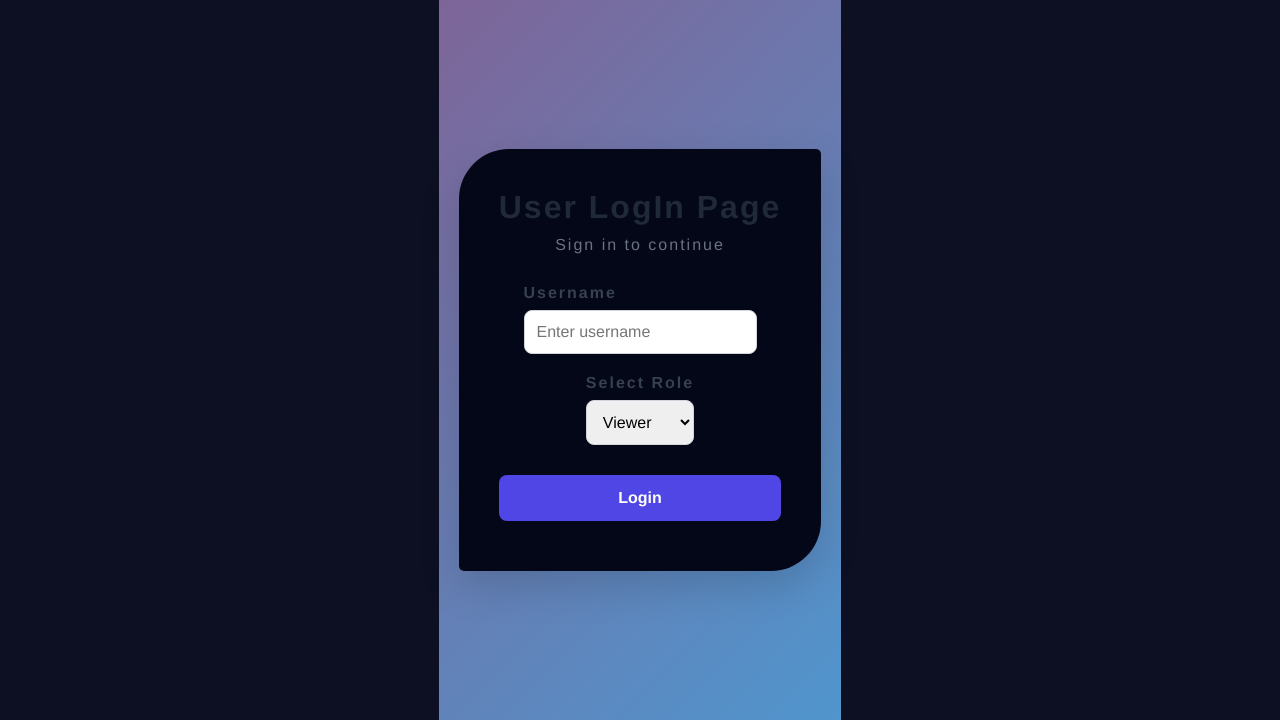
Repository: SolomonChinonso/myUserDashboard
Page: / (app in my-user-dashboard-app/)
These files come from the project's save history. The page is drawn as it stood at one moment and after the next save; the edit follows.
The browser window is 1280 px wide. The pictures show the whole page.
The project was rebuilt for these pictures with package versions that can differ from the ones it lists, and the page was loaded fresh each time. Also part of the build but not shown: my-user-dashboard-app/vite.config.ts, my-user-dashboard-app/src/App.css, my-user-dashboard-app/src/pages/Dashboard.tsx, my-user-dashboard-app/src/pages/Profile.tsx, my-user-dashboard-app/src/pages/Settings.tsx, my-user-dashboard-app/src/components/Navbar.tsx, my-user-dashboard-app/src/components/ProtectedRoute.tsx.

Above is the page before, as saved 2026-05-30 14:50:31.

### my-user-dashboard-app/index.html
<!doctype html>
<html lang="en">
  <head>
    <meta charset="UTF-8" />
    <link rel="icon" type="image/svg+xml" href="/favicon.svg" />
    <meta name="viewport" content="width=device-width, initial-scale=1.0" />
    <title>my-user-dashboard-app</title>
  </head>
  <body>
    <div id="root"></div>
    <script type="module" src="/src/main.tsx"></script>
  </body>
</html>

### my-user-dashboard-app/src/main.tsx
import React from "react";
import ReactDOM from "react-dom/client";
import App from "./App";
import { BrowserRouter } from "react-router-dom";
import { AuthProvider } from "./context/AuthProvider"
import "./index.css"


ReactDOM.createRoot(document.getElementById("root")!).render(
  <React.StrictMode>
    <BrowserRouter>
      <AuthProvider>
        <App />
      </AuthProvider>
    </BrowserRouter>
  </React.StrictMode>
);

### my-user-dashboard-app/src/App.tsx
import {
  Routes,
  Route,
  Navigate,
} from "react-router-dom";
import "./App.css"

import Login from "./pages/Login";
import Dashboard from "./pages/Dashboard";
import Profile from "./pages/Profile";
import Settings from "./pages/Settings";

import Navbar from "./components/Navbar";
import ProtectedRoute from "./components/ProtectedRoute";

import { useAuth } from "./hooks/useAuth";

function App() {
  const { user } = useAuth();

  return (
    <div className="app-section">
      {user && <Navbar />}

      <Routes>
        {/* Redirect homepage to login */}
        <Route
          path="/"
          element={<Navigate to="/login" replace />}
        />

        <Route
          path="/login"
          element={<Login />}
        />

        <Route
          path="/dashboard"
          element={
            <ProtectedRoute>
              <Dashboard />
            </ProtectedRoute>
          }
        />

        <Route
          path="/profile"
          element={
            <ProtectedRoute>
              <Profile />
            </ProtectedRoute>
          }
        />

        <Route
          path="/settings"
          element={
            <ProtectedRoute adminOnly>
              <Settings />
            </ProtectedRoute>
          }
        />

        {/* Catch-all route */}
        <Route
          path="*"
          element={<Navigate to="/login" replace />}
        />
      </Routes>
    </div>
  );
}

export default App;

### my-user-dashboard-app/src/context/AuthProvider.tsx
import {
  useState,
  type ReactNode,
} from "react";

import type { User } from "../types/user";

import { AuthContext } from "./AuthContext";

interface AuthProviderProps {
  children: ReactNode;
}

export const AuthProvider = ({
  children,
}: AuthProviderProps) => {
  const [user, setUser] =
    useState<User | null>(null);

  const login = (userData: User) => {
    setUser(userData);
  };

  const logout = () => {
    setUser(null);
  };

  return (
    <AuthContext.Provider
      value={{
        user,
        login,
        logout,
      }}
    >
      {children}
    </AuthContext.Provider>
  );
};

### my-user-dashboard-app/src/index.css
*{
    margin: 0;
    padding: 0;
    font-family: 'Franklin Gothic Medium', 'Arial Narrow', Arial, sans-serif;
    box-sizing: border-box;
}
body{
    display: flex;
    justify-content: center;
    align-items: center;
    letter-spacing: 2px;
    background-color: #0c1022;
}

### my-user-dashboard-app/src/pages/Login.tsx
// import { useState } from "react";
// import { useNavigate } from "react-router-dom";
// import { useAuth } from "../hooks/useAuth";
// import "./Login.css"

// const Login = () => {
//   const [username, setUsername] = useState("");
//   const [role, setRole] = useState("Viewer");

//   const { login } = useAuth();
//   const navigate = useNavigate();

//   const handleLogin = () => {
//     login({
//       username,
//       role: role as "Admin" | "Editor" | "Viewer",
//     });

//     navigate("/dashboard");
//   };

//   return (
//     <div className="login-page">
//       <h1>Login</h1>

//       <input
//         type="text"
//         placeholder="Username"
//         value={username}
//         onChange={(e) => setUsername(e.target.value)}
//       />

//       <select
//         value={role}
//         onChange={(e) => setRole(e.target.value)}
//       >
//         <option>Admin</option>
//         <option>Editor</option>
//         <option>Viewer</option>
//       </select>

//       <button onClick={handleLogin}>
//         Login
//       </button>
//     </div>
//   );
// };

// export default Login;
import { useState } from "react";
import { useNavigate } from "react-router-dom";
import { useAuth } from "../hooks/useAuth";
import "./Login.css";

const Login = () => {
  const [username, setUsername] = useState("");
  const [role, setRole] = useState("Viewer");

  const { login } = useAuth();
  const navigate = useNavigate();

  const handleLogin = () => {
    login({
      username,
      role: role as "Admin" | "Editor" | "Viewer",
    });

    navigate("/dashboard");
  };

  return (
    <div className="login-page">
      <div className="login-card">
        <h1>User LogIn Page</h1>
        <p className="subtitle">
          Sign in to continue
        </p>

        <div className="form-group">
          <label>Username</label>
          <input
            type="text"
            placeholder="Enter username"
            value={username}
            onChange={(e) =>
              setUsername(e.target.value)
            }
          />
        </div>

        <div className="form-group">
          <label>Select Role</label>
          <select
            value={role}
            onChange={(e) =>
              setRole(e.target.value)
            }
          >
            <option>Admin</option>
            <option>Editor</option>
            <option>Viewer</option>
          </select>
        </div>

        <button
          className="login-btn"
          onClick={handleLogin}
        >
          Login
        </button>
      </div>
    </div>
  );
};

export default Login;

### my-user-dashboard-app/src/hooks/useAuth.ts
import { useContext } from "react";

import { AuthContext } from "../context/AuthContext";

export const useAuth = () => {
  const context = useContext(AuthContext);

  if (!context) {
    throw new Error(
      "useAuth must be used inside AuthProvider"
    );
  }

  return context;
};

### my-user-dashboard-app/src/context/AuthContext.ts
import { createContext } from "react";

import type { User } from "../types/user";

export interface AuthContextType {
  user: User | null;
  login: (user: User) => void;
  logout: () => void;
}
export const AuthContext =
  createContext<AuthContextType | null>(null);

### my-user-dashboard-app/src/pages/Login.css
/* Full page layout */
.login-page {
  min-height: 100vh;
  display: flex;
  justify-content: center;
  align-items: center;

  background: linear-gradient(
    135deg,
    #7e6598,
    #5095cd
  );

  padding: 20px;
}

/* Login card */
.login-card {
  width: 100%;
  max-width: 400px;
  height: 70%;
  background: #040717;
  padding: 40px;
  border-radius: 50px 5px;
  display: flex;
  flex-direction: column;
  justify-content: center;
  align-items: center;
  box-shadow: 0 15px 40px
    rgba(0, 0, 0, 0.15);

  text-align: center;
}

/* Heading */
.login-card h1 {
  margin-bottom: 10px;
  color: #1f2937;
}

.subtitle {
  color: #6b7280;
  margin-bottom: 30px;
}

/* Form group */
.form-group {
  display: flex;
  flex-direction: column;
  text-align: left;
  margin-bottom: 20px;
}

.form-group label {
  margin-bottom: 8px;
  font-weight: 600;
  color: #374151;
}

/* Inputs */
.form-group input,
.form-group select {
  padding: 12px;
  border: 1px solid #d1d5db;
  border-radius: 8px;

  font-size: 16px;
  outline: none;

  transition: 0.3s ease;
}

.form-group input:focus,
.form-group select:focus {
  border-color: #4f46e5;
  box-shadow: 0 0 0 3px
    rgba(79, 70, 229, 0.15);
}

/* Button */
.login-btn {
  width: 100%;
  padding: 14px;

  border: none;
  border-radius: 8px;

  background: #4f46e5;
  color: white;

  font-size: 16px;
  font-weight: bold;

  cursor: pointer;
  transition: 0.3s ease;
}

.login-btn:hover {
  background: #4338ca;
  transform: translateY(-2px);
}

### my-user-dashboard-app/src/components/Navbar.css
nav{
    background-color: rgb(154, 195, 231);
    display: flex;
    justify-content: space-between;
    align-items: center;
    margin: 20px;
    padding: 30px;
    max-width: 100vw;
    border-radius: 50px;

}
.links{
    display: flex;
    gap: 20px;

}
a{
    font-family: Arial, Helvetica, sans-serif;
    text-decoration: none;
    color: rgb(4, 4, 21);

}
button{
    font-size: 1rem;
    color: #4d4894;
    padding: 5px 20px;
    margin: 10px;
    border: 2px solid #0ff;
    border-radius: 50px;
    background: transparent;
    cursor: pointer;
    transition: 0.3s ease-in-out;
}
span{
    order: -1;
    background: white;
    color: rgb(22, 24, 86);
}

After the next save:
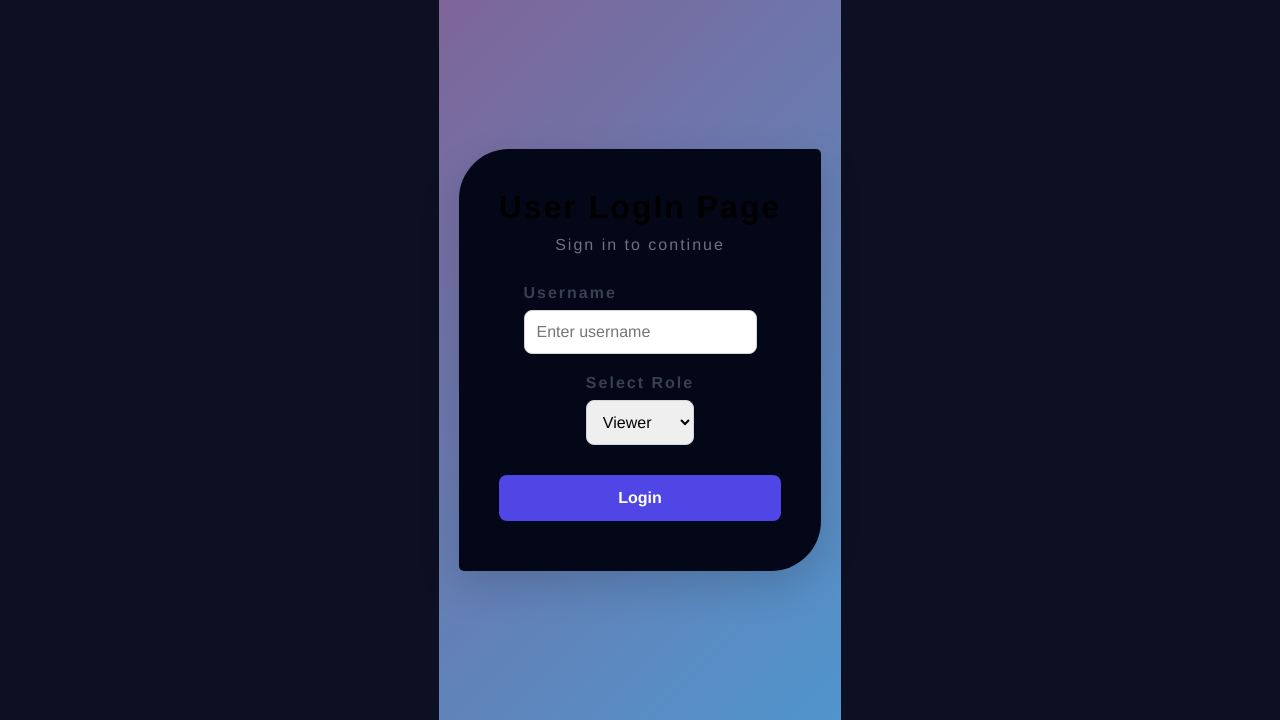
Saved 40 s later.
--- a/my-user-dashboard-app/src/pages/Login.css
+++ b/my-user-dashboard-app/src/pages/Login.css
@@ -35,7 +35,11 @@
 /* Heading */
 .login-card h1 {
   margin-bottom: 10px;
-  color: #1f2937;
+  color: linear-gradient(
+    135deg,
+    #7e6598,
+    #5095cd
+  );
 }
 
 .subtitle {

After the save that followed:
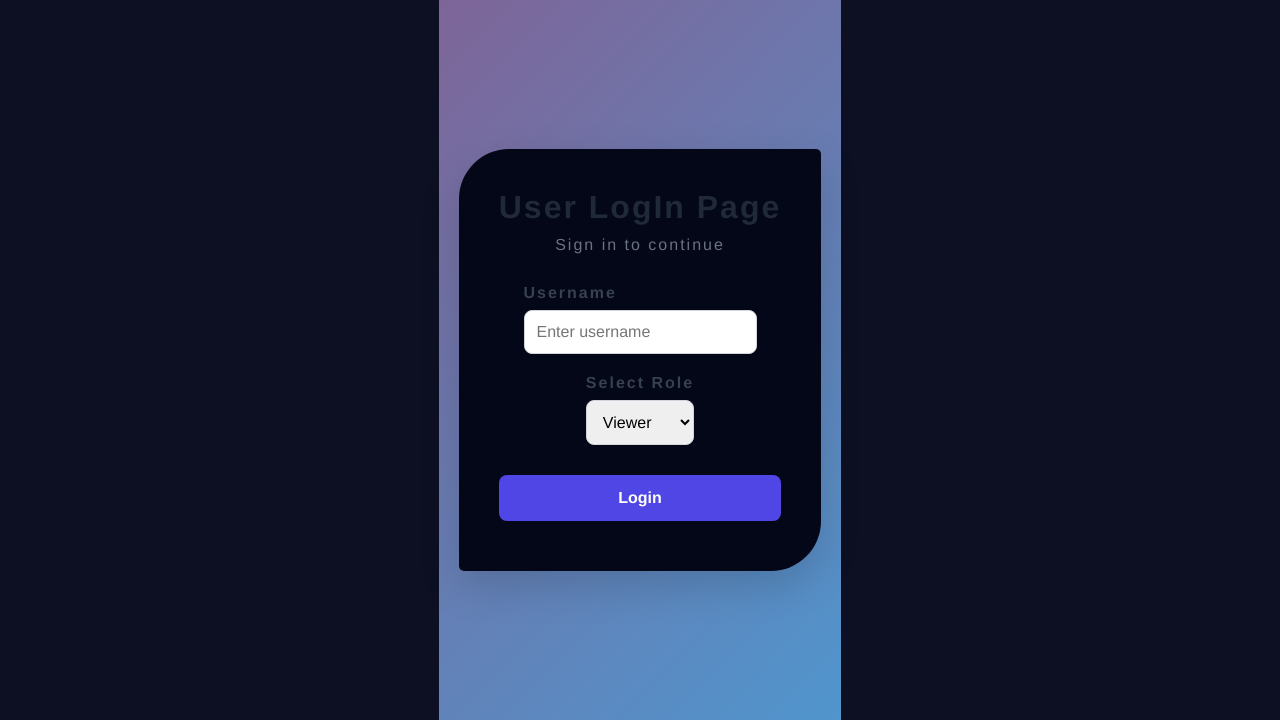
Saved 14 s later.
--- a/my-user-dashboard-app/src/pages/Login.css
+++ b/my-user-dashboard-app/src/pages/Login.css
@@ -35,11 +35,7 @@
 /* Heading */
 .login-card h1 {
   margin-bottom: 10px;
-  color: linear-gradient(
-    135deg,
-    #7e6598,
-    #5095cd
-  );
+  color: #1f2937;
 }
 
 .subtitle {
